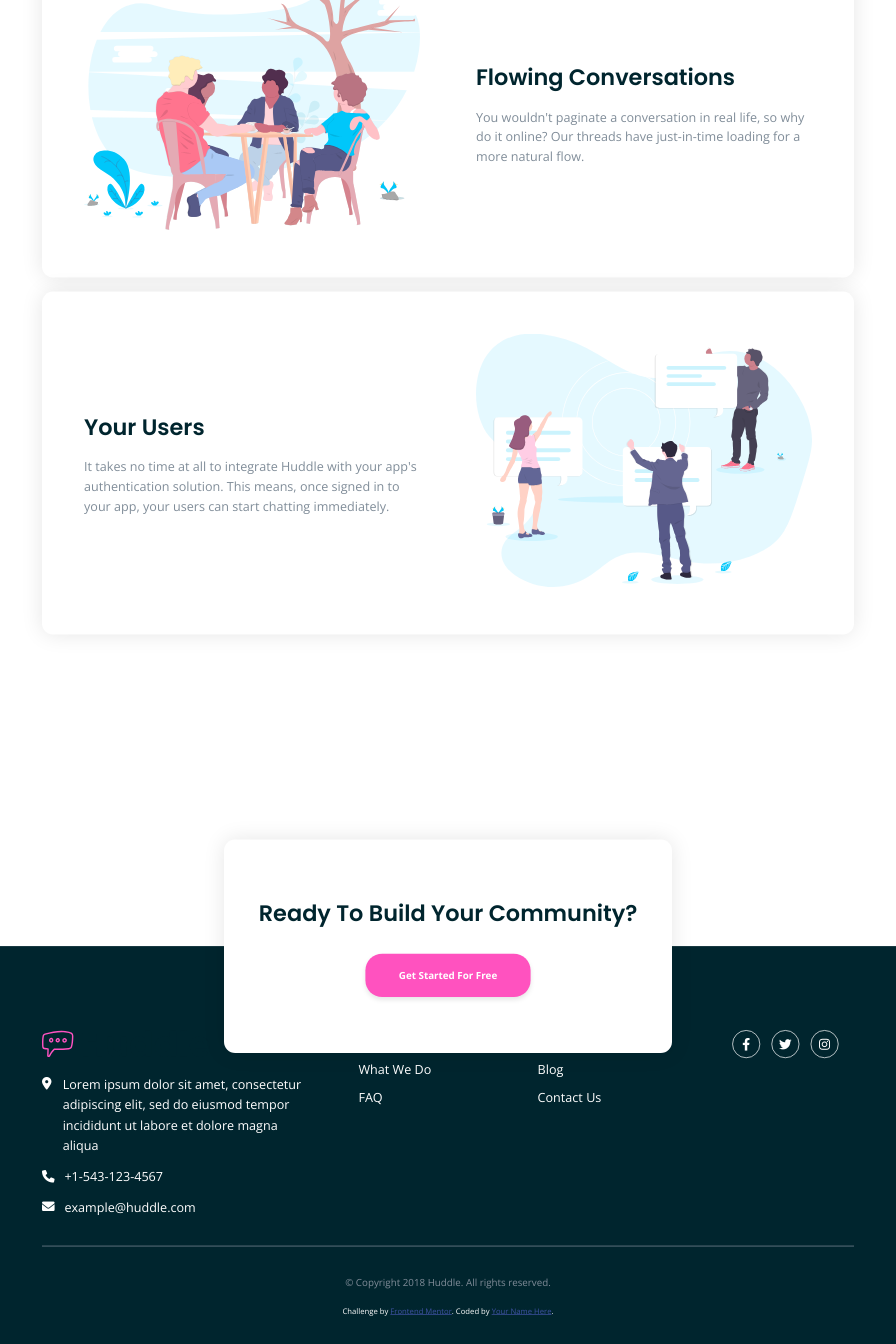
Repository: blordeus/huddle-landing-page
Page: index.html
These files come from the project's save history. The page is drawn as it stood at one moment and after the next save; the edit follows.
The browser window is 1280 px wide. The pictures show the part of the page from y = 1422 to 3342 px (the page is 3342 px tall before and 3334 px after), at 70% of full size.

Above is the page before, as saved 2025-07-01 11:15:16.

### index.html
<!DOCTYPE html>
<html lang="en">
<head>
  <meta charset="UTF-8">
  <meta name="viewport" content="width=device-width, initial-scale=1.0">
  <link rel="icon" type="image/png" sizes="32x32" href="./images/favicon-32x32.png">
  <title>Frontend Mentor | Huddle landing page with alternating feature blocks</title>

  <!-- Google Fonts -->
  <link rel="preconnect" href="https://fonts.googleapis.com">
  <link rel="preconnect" href="https://fonts.gstatic.com" crossorigin>
  <link href="https://fonts.googleapis.com/css2?family=Poppins:wght@600&family=Open+Sans:wght@400;700&display=swap" rel="stylesheet">
  <link rel="stylesheet" type="text/css" href="styles.css" />

  <!-- Font Awesome for social icons -->
  <link rel="stylesheet" href="https://cdnjs.cloudflare.com/ajax/libs/font-awesome/6.0.0/css/all.min.css">
</head>

<body>
  <!-- Header -->
  <header class="header">
    <div class="container">
      <div class="header-content">
        <img src="./images/logo.svg" alt="Logo">
        <a href="#" class="btn btn-outline">Try It Free</a>
      </div>
    </div>
  </header>

  <!-- Hero Section -->
  <section class="hero">
    <div class="container">
      <div class="hero-content">
        <div class="hero-text">
          <h1>Build The Community Your Fans Will Love</h1>
          <p>Huddle re-imagines the way we build communities. You have a voice, but so does your audience. Create connections with your users as you engage in genuine discussion.</p>
          <a href="#" class="btn">Get Started For Free</a>
        </div>
        <div class="hero-image">
          <img src="./images/illustration-mockups.svg" alt="Desktop and mobile chat interface showing community conversations">
        </div>
      </div>
    </div>
  </section>

  <!-- Features Section -->
  <section class="features">
    <div class="container">
      <div class="feature">
        <div class="feature-content">
          <h2>Grow Together</h2>
          <p>Generate meaningful discussions with your audience and build a strong, loyal community. Think of the insightful conversations you miss out on with a feedback form.</p>
        </div>
        <div class="feature-image">
          <img src="./images/illustration-grow-together.svg" alt="Illustration of people having meaningful conversations and building community">
        </div>
      </div>

      <div class="feature">
        <div class="feature-content">
          <h2>Flowing Conversations</h2>
          <p>You wouldn't paginate a conversation in real life, so why do it online? Our threads have just-in-time loading for a more natural flow.</p>
        </div>
        <div class="feature-image">
          <img src="./images/illustration-flowing-conversation.svg" alt="Illustration of natural flowing conversation interface with seamless chat threads">
        </div>
      </div>

      <div class="feature">
        <div class="feature-content">
          <h2>Your Users</h2>
          <p>It takes no time at all to integrate Huddle with your app's authentication solution. This means, once signed in to your app, your users can start chatting immediately.</p>
        </div>
        <div class="feature-image">
          <img src="./images/illustration-your-users.svg" alt="Illustration showing easy user authentication and immediate chat access">
        </div>
      </div>
    </div>
  </section>

  <!-- Call to Action -->
  <section class="cta">
    <div class="container">
      <h2>Ready To Build Your Community?</h2>
      <a href="#" class="btn">Get Started For Free</a>
    </div>
  </section>

  <!-- Footer -->
  <footer class="footer">
    <div class="container">
      <div class="footer-content">
        <div class="footer-info">
          <a href="#" class="footer-logo">
            <img src="./images/logo.svg" alt="">
          </a>
          <div class="contact-info">
            <div class="contact-item">
              <i class="fas fa-map-marker-alt"></i>
              <p>Lorem ipsum dolor sit amet, consectetur adipiscing elit, sed do eiusmod tempor incididunt ut labore et dolore magna aliqua</p>
            </div>
            <div class="contact-item">
              <i class="fas fa-phone"></i>
              <p>+1-543-123-4567</p>
            </div>
            <div class="contact-item">
              <i class="fas fa-envelope"></i>
              <p>example@huddle.com</p>
            </div>
          </div>
        </div>

        <div class="footer-links">
          <a href="#">About Us</a>
          <a href="#">What We Do</a>
          <a href="#">FAQ</a>
        </div>

        <div class="footer-links">
          <a href="#">Career</a>
          <a href="#">Blog</a>
          <a href="#">Contact Us</a>
        </div>

        <div class="social-icons">
          <a href="#" class="social-icon" aria-label="Facebook">
            <i class="fab fa-facebook-f"></i>
          </a>
          <a href="#" class="social-icon" aria-label="Twitter">
            <i class="fab fa-twitter"></i>
          </a>
          <a href="#" class="social-icon" aria-label="Instagram">
            <i class="fab fa-instagram"></i>
          </a>
        </div>
      </div>

      <div class="copyright">
        <p>&copy; Copyright 2018 Huddle. All rights reserved.</p>
      </div>
    </div>

    <p class="attribution">
      Challenge by <a href="https://www.frontendmentor.io?ref=challenge" target="_blank">Frontend Mentor</a>.
      Coded by <a href="#">Your Name Here</a>.
    </p>
  </footer>
</body>
</html>

### styles.css
    * {
      margin: 0;
      padding: 0;
      box-sizing: border-box;
    }

    body {
      font-family: 'Open Sans', sans-serif;
      font-size: 18px;
      line-height: 1.6;
      color: hsl(192, 100%, 9%);
    }

    .container {
      max-width: 1200px;
      margin: 0 auto;
      padding: 0 20px;
    }

    /* Header */
    .header {
      background: hsl(193, 100%, 96%);
      padding: 24px 0;
    }

    .header-content {
      display: flex;
      justify-content: space-between;
      align-items: center;
    }

    .header-content img {
      height: 40px;
    }

    .btn {
      background: hsl(322, 100%, 66%);
      color: white;
      border: none;
      padding: 12px 48px;
      border-radius: 24px;
      font-family: 'Open Sans', sans-serif;
      font-weight: 700;
      font-size: 14px;
      cursor: pointer;
      text-decoration: none;
      display: inline-block;
      transition: opacity 0.3s ease;
      box-shadow: 0 4px 8px rgba(0, 0, 0, 0.1);
    }

    .btn:hover {
      opacity: 0.8;
    }

    .btn-outline {
      background: white;
      box-shadow: 0 4px 8px rgba(0, 0, 0, 0.1);
      color: #00252E;
    }

    .btn-outline:hover {
      color: #808E9A;
    }

    /* Hero Section */
    .hero {
      background: hsl(199, 100%, 96%);
      background-image: url('./images/bg-hero.svg');
      background-size: cover;
      background-position: center;
      padding: 80px 0 120px;
    }

    .hero-content {
      display: grid;
      grid-template-columns: 1fr 1fr;
      gap: 80px;
      align-items: center;
    }

    .hero-text h1 {
      font-family: 'Poppins', sans-serif;
      font-weight: 600;
      font-size: 48px;
      line-height: 1.2;
      margin-bottom: 24px;
      color: hsl(192, 100%, 9%);
    }

    .hero-text p {
      font-size: 18px;
      color: hsl(192, 100%, 9%);
      margin-bottom: 32px;
      line-height: 1.6;
    }

    .hero-image {
      text-align: center;
    }

    .hero-image img {
      max-width: 100%;
      height: auto;
    }

    /* Features Section */
    .features {
      padding: 120px 0;
    }

    .feature {
      display: grid;
      grid-template-columns: 1fr 1fr;
      gap: 80px;
      align-items: center;
      margin-bottom: 20px;
      background: white;
      padding: 60px;
      border-radius: 16px;
      box-shadow: 0 0 30px rgba(0, 0, 0, 0.1);
    }

    .feature:nth-child(even) .feature-content {
      order: 2;
    }

    .feature:nth-child(even) .feature-image {
      order: 1;
    }

    .feature h2 {
      font-family: 'Poppins', sans-serif;
      font-weight: 600;
      font-size: 32px;
      margin-bottom: 16px;
      color: hsl(192, 100%, 9%);
    }

    .feature p {
      color: hsl(208, 11%, 55%);
      line-height: 1.6;
    }

    .feature-image {
      text-align: center;
    }

    .feature-image img {
      max-width: 100%;
      height: auto;
    }

    /* Call to Action */
    .cta {
      text-align: center;
      padding: 80px 0;
      background: white;
      width: 50%;
      margin: 0 auto;
      box-sizing: border-box;
      border-radius: 16px;
      box-shadow: 0 0 30px rgba(0, 0, 0, 0.1);
      position: relative;
      z-index: 2;
      transform: translateY(50%);
    }

    .cta a {
      background: hsl(322, 100%, 66%);
      color: white;
      padding: 20px 48px;
      border-radius: 24px;
      font-family: 'Open Sans', sans-serif;
      font-weight: 700;
      font-size: 14px;
      cursor: pointer;
      text-decoration: none;
      display: inline-block;
      transition: opacity 0.3s ease;
    }

    .cta h2 {
      font-family: 'Poppins', sans-serif;
      font-weight: 600;
      font-size: 32px;
      margin-bottom: 32px;
      color: hsl(192, 100%, 9%);
    }

    /* Footer */
    .footer {
      background: hsl(192, 100%, 9%);
      color: white;
      padding: 120px 0 40px;
    }

    .footer-content {
      display: grid;
      grid-template-columns: 2fr 1fr 1fr 1fr;
      gap: 60px;
      margin-bottom: 40px;
    }

    .footer-logo {
      display: flex;
      align-items: center;
      gap: 8px;
      font-family: 'Poppins', sans-serif;
      font-weight: 600;
      font-size: 24px;
      color: white;
      text-decoration: none;
      margin-bottom: 24px;
    }

    .footer-logo .logo-icon {
      background: white;
      color: hsl(322, 100%, 66%);
    }

    .contact-info {
      display: flex;
      flex-direction: column;
      gap: 16px;
    }

    .contact-item {
      display: flex;
      align-items: flex-start;
      gap: 16px;
    }

    .contact-item i {
      margin-top: 4px;
      width: 16px;
    }

    .footer-links {
      display: flex;
      flex-direction: column;
      gap: 12px;
    }

    .footer-links a {
      color: white;
      text-decoration: none;
      transition: color 0.3s ease;
    }

    .footer-links a:hover {
      color: hsl(322, 100%, 66%);
    }

    .social-icons {
      display: flex;
      gap: 16px;
      justify-content: center;
    }

    .social-icon {
      width: 40px;
      height: 40px;
      border: 1px solid white;
      border-radius: 50%;
      display: flex;
      align-items: center;
      justify-content: center;
      color: white;
      text-decoration: none;
      transition: all 0.3s ease;
    }

    .social-icon:hover {
      color: hsl(322, 100%, 66%);
      border-color: hsl(322, 100%, 66%);
    }

    .copyright {
      text-align: center;
      font-size: 14px;
      color: hsl(208, 11%, 55%);
      padding-top: 40px;
      border-top: 1px solid hsl(208, 11%, 55%);
    }

    .attribution {
      font-size: 11px;
      text-align: center;
      margin-top: 20px;
    }

    .attribution a {
      color: hsl(228, 45%, 44%);
    }

    /* Responsive Design */
    @media (max-width: 768px) {
      .container {
        padding: 0 16px;
      }

      .hero {
        background-image: url('./images/bg-hero.svg');
      }

      .header-content {
        flex-direction: column;
        gap: 20px;
      }

      .hero-content {
        grid-template-columns: 1fr;
        gap: 40px;
        text-align: center;
      }

      .hero-text h1 {
        font-size: 32px;
      }

      .feature {
        grid-template-columns: 1fr;
        gap: 40px;
        padding: 40px 20px;
        text-align: center;
      }

      .feature:nth-child(even) .feature-content,
      .feature:nth-child(even) .feature-image {
        order: unset;
      }

      .footer-content {
        grid-template-columns: 1fr;
        gap: 40px;
        text-align: center;
      }

      .social-icons {
        justify-content: center;
      }

      .cta {
        margin: 0 16px;
        padding: 40px 20px;
      }

      .cta h2 {
        font-size: 24px;
      }
    }

After the next save:
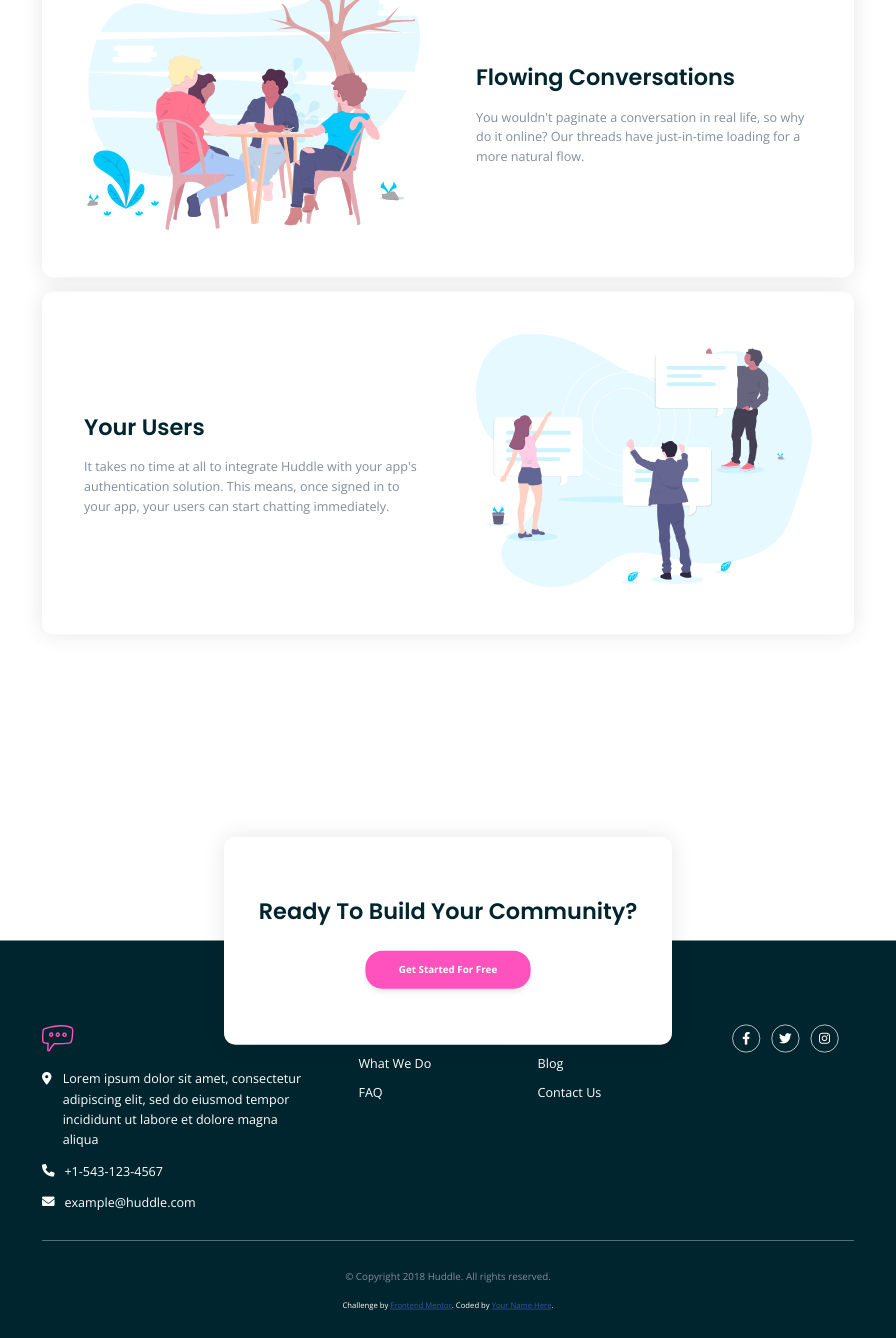
Saved 4 s later.
--- a/styles.css
+++ b/styles.css
@@ -169,7 +169,7 @@
     .cta a {
       background: hsl(322, 100%, 66%);
       color: white;
-      padding: 20px 48px;
+      padding: 16px 48px;
       border-radius: 24px;
       font-family: 'Open Sans', sans-serif;
       font-weight: 700;
